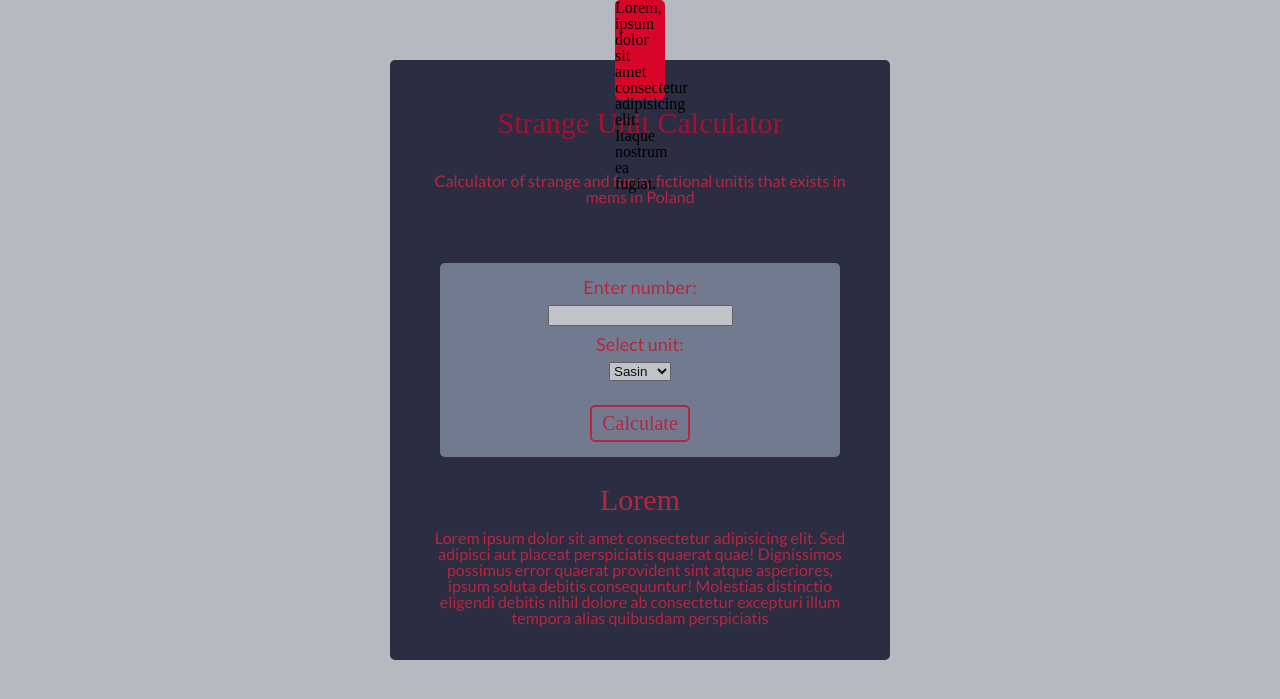
Repository: Gibon9/Calc2
Page: index.html
An editor plug-in stored every save of this project. The page is shown before and after the next save, followed by the edit.
The browser window is 1280 px wide. The pictures show the whole page.
Some web fonts or font styles are not loaded; a fallback is used.

Above is the page before, as saved 2020-11-25 12:31:01.

### index.html
<!DOCTYPE html>
<html lang="en">
  <head>
    <meta charset="UTF-8" />
    <meta name="viewport" content="width=device-width, initial-scale=1.0" />
    <link rel="stylesheet" href="./styles/reset.css" />
    <link rel="stylesheet" href="./styles/style.css" />
    <title>Document</title>
  </head>

  <body>
    <main class="main-content">
      <header class="header">
        <h1 class="title">Strange Unit Calculator</h1>
        <p class="descrption--text">
          Calculator of strange and funny fictional unitis that exists in mems
          in Poland
        </p>
      </header>
      <form action="" class="input-form">
        <label for="number" class="input-form--number">Enter number: </label>
        <input type="number" class="" id="number" />

        <label for="selector" class="input-form--selector">Select unit:</label>
        <select name="unit-selector" id="selector">
          <option value="sasin">Sasin</option>
          <option value="wenta">Wenta</option>
          <option value="golota">Gołota</option>
        </select>

        <button class="calc-button">Calculate</button>
      </form>

      <section class="description">
        <h2 class="description--title">Lorem</h2>
        <p class="descrption--text">
          Lorem ipsum dolor sit amet consectetur adipisicing elit. Sed adipisci
          aut placeat perspiciatis quaerat quae! Dignissimos possimus error
          quaerat provident sint atque asperiores, ipsum soluta debitis
          consequuntur! Molestias distinctio eligendi debitis nihil dolore ab
          consectetur excepturi illum tempora alias quibusdam perspiciatis
        </p>
      </section>
    </main>
    <section class="score">
      <article class="popup">
        <h2 class="score--text">
          Lorem, ipsum dolor sit amet consectetur adipisicing elit. Itaque
          nostrum ea fugiat.
        </h2>
      </article>
    </section>

    <script src="./index.js"></script>
  </body>
</html>

### styles/style.css
@import url("https://fonts.googleapis.com/css2?family=Lato&family=Nerko+One&display=swap");

:root {
  --body-color: #edf2f4;
  --background-light: #8d99ae;
  --background-dark: #2b2d42;
  --text-light: #ef233c;
  --text-dark: #d90429;
}

* {
  box-sizing: border-box;
}

body {
  background-color: var(--body-color);
  display: flex;
  align-items: center;
  justify-content: center;
  width: 100vw;
  height: 100vh;
}

.title,
.description--title,
.score--text,
.calc-button {
  font-family: "Nerko One", cursive;
}

.descrption--text,
label,
option {
  font-family: "Lato", sans-serif;
}

.main-content,
.header {
  display: flex;
  flex-direction: column;
  width: 100%;
  height: 100%;
  align-items: center;
}

.main-content {
  width: 500px;
  height: 600px;
  background-color: var(--background-dark);
  border-radius: 5px;
  color: var(--text-light);
}

.header,
.input-form,
.description {
  flex: 1;
}

.header {
  justify-content: space-around;
}

.title {
  display: block;
  margin-top: 30px;
  font-size: 30px;
  color: var(--text-dark);
  text-align: center;
}

.descrption--text {
  margin: 0 40px 30px;
  text-align: center;
}

.input-form {
  display: flex;
  flex-direction: column;
  height: 100%;
  width: 400px;
  margin: 10px 0;
  justify-content: space-around;
  align-items: center;
  background-color: var(--background-light);
  border-radius: 5px;
}

.input-form--number {
  font-size: 18px;
  margin-top: 10px;
}

.input-form--selector {
  font-size: 18px;
}

.calc-button {
  cursor: pointer;
  font-size: 20px;
  border: 2px solid var(--text-light);
  border-radius: 5px;
  padding: 5px 10px;
  margin: 15px 0 10px;
  color: var(--text-light);
  background-color: transparent;
}

.calc-button:hover {
  color: var(--text-dark);
  background-color: var(--body-color);
}

.description {
  display: flex;
  flex-direction: column;
  justify-content: center;
  align-items: center;
}

.description--title {
  margin: 15px 0;
  font-size: 30px;
}

.score {
  position: absolute;
  top: 0;
  left: 0;
  width: 100vw;
  height: 100vh;
  display: flex;
  justify-content: center;
  align-content: center;
  background-color: rgba(43, 45, 66, 0.288);
}

.popup {
  height: 100px;
  width: 50px;
  background-color: var(--text-dark);
  border-radius: 5px;
}

Loaded but not shown: styles/reset.css (common file); index.js (no stored copy; drawn as an empty file)

After the next save:
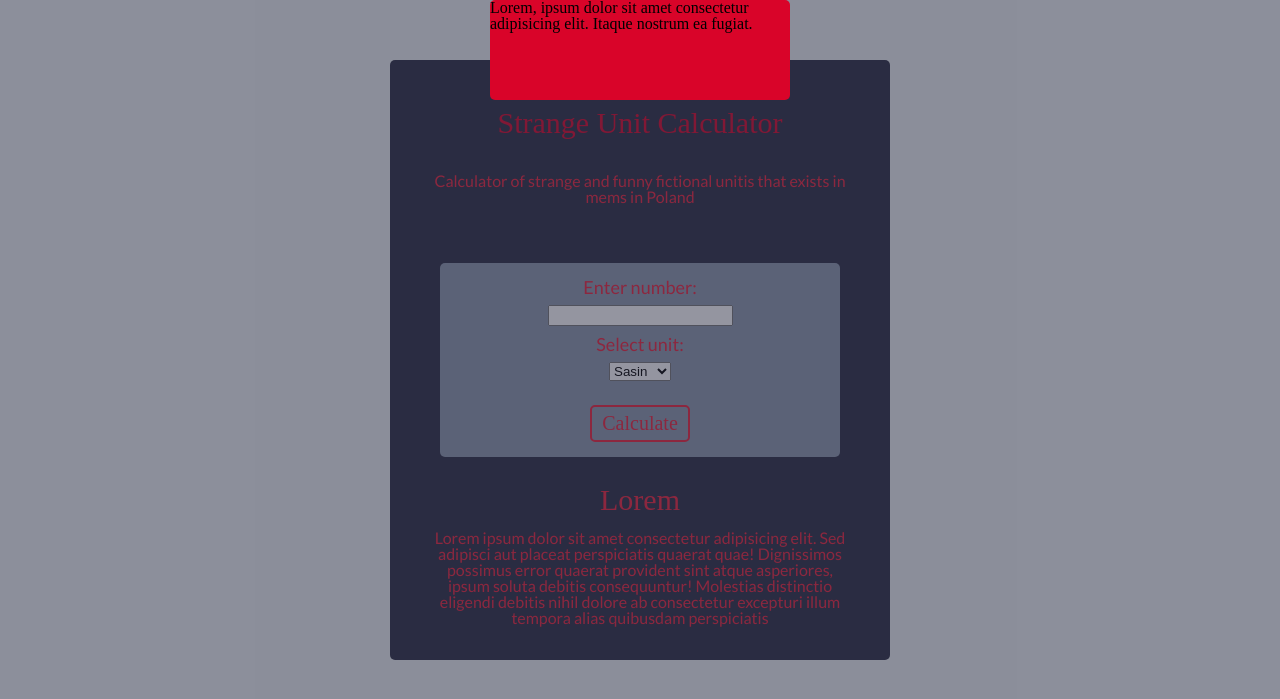
Saved 32 s later.
--- a/styles/style.css
+++ b/styles/style.css
@@ -132,12 +132,12 @@ option {
   display: flex;
   justify-content: center;
   align-content: center;
-  background-color: rgba(43, 45, 66, 0.288);
+  background-color: rgba(43, 45, 66, 0.5);
 }
 
 .popup {
   height: 100px;
-  width: 50px;
+  width: 300px;
   background-color: var(--text-dark);
   border-radius: 5px;
 }
